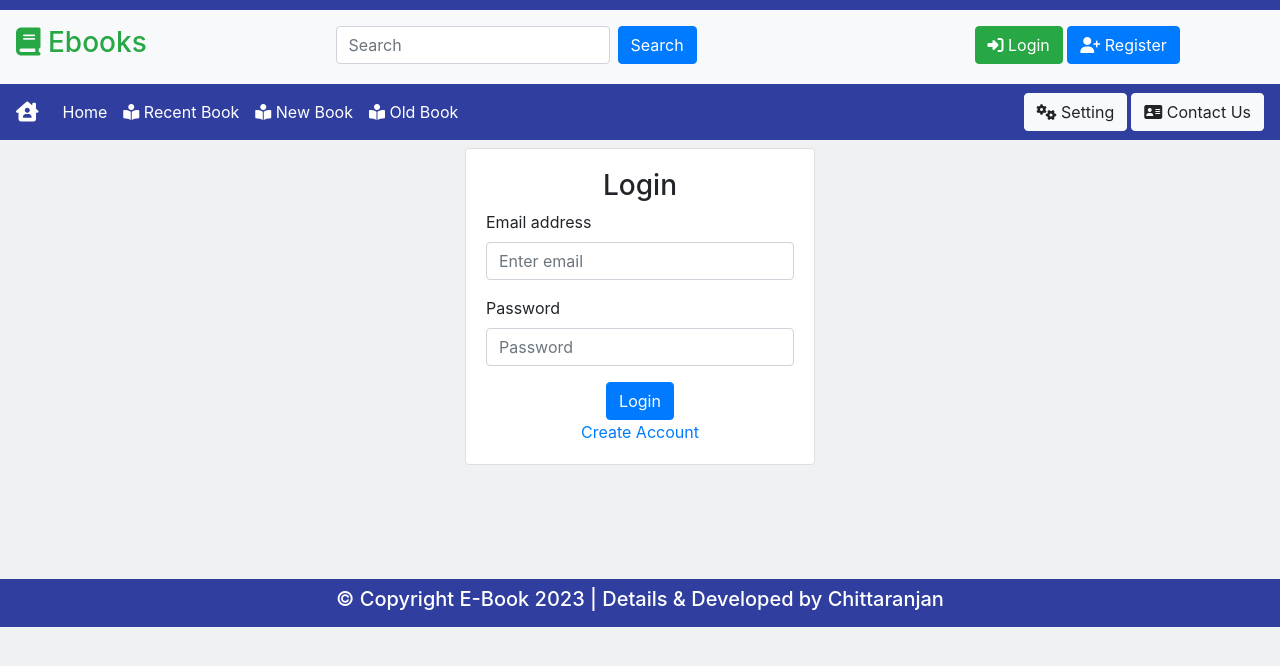
Repository: chittaranjan24/E-Books_Management_System
Page: http://localhost/Ebook-App/login.jsp
An editor plug-in stored every save of this project. The page is shown before and after the next save, followed by the edit.
The browser window is 1280 px wide. The pictures show the whole page.
Some web libraries are served in a nearby version. The page is served by Tomcat 9.

Above is the page before, as saved 2023-08-28 22:28:27.

After the next save:
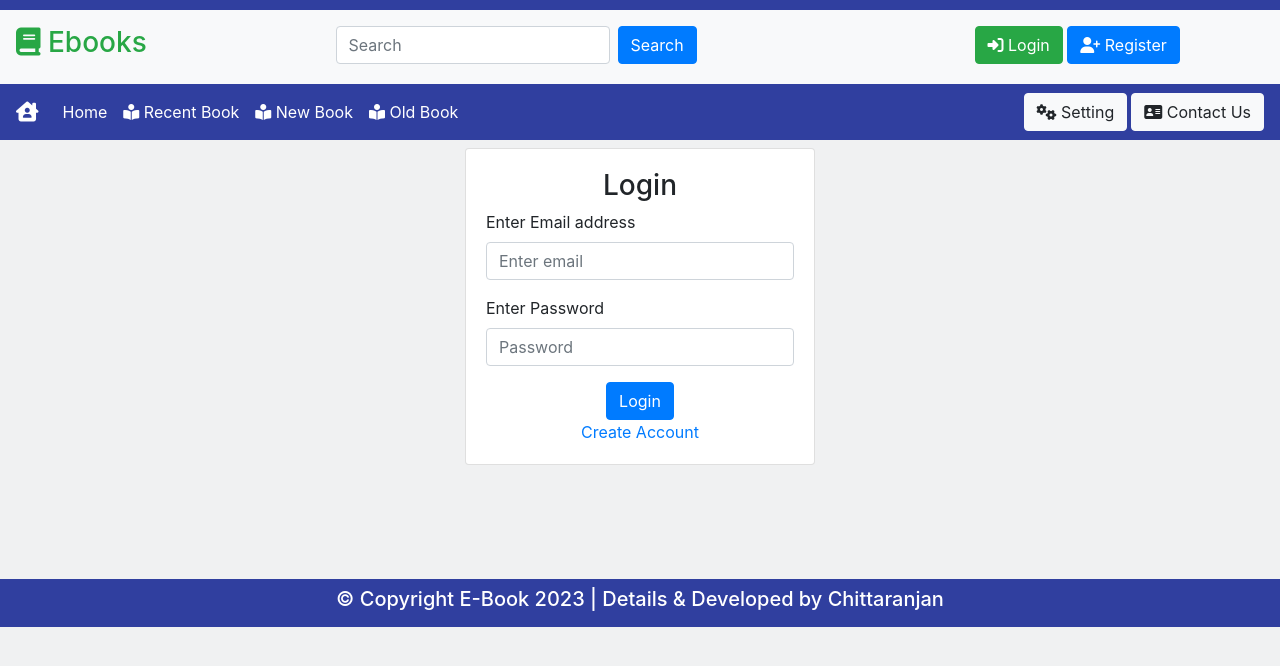
Saved 11 h 13 min later.
--- a/Ebook-App/src/main/webapp/login.jsp
+++ b/Ebook-App/src/main/webapp/login.jsp
@@ -34,15 +34,15 @@
 
 						<form action="login" method="post">
 							<div class="form-group">
-								<label for="exampleInputEmail1">Email address</label> <input
+								<label for="exampleInputEmail1">Enter Email address</label> <input
 									type="email" class="form-control" id="exampleInputEmail1"
 									aria-describedby="emailHelp" placeholder="Enter email"
 									required="required" name="email">
 							</div>
 							<div class="form-group">
-								<label for="exampleInputPassword1">Password</label> <input
+								<label for="exampleInputPassword1">Enter Password</label> <input
 									type="password" class="form-control" id="exampleInputPassword1"
-									placeholder="Password" required="required" name="password">
+									placeholder="Password" required="required" name="Enter password">
 							</div>
 							<div class="text-center">
 								<button type="submit" class="btn btn-primary">Login</button>
